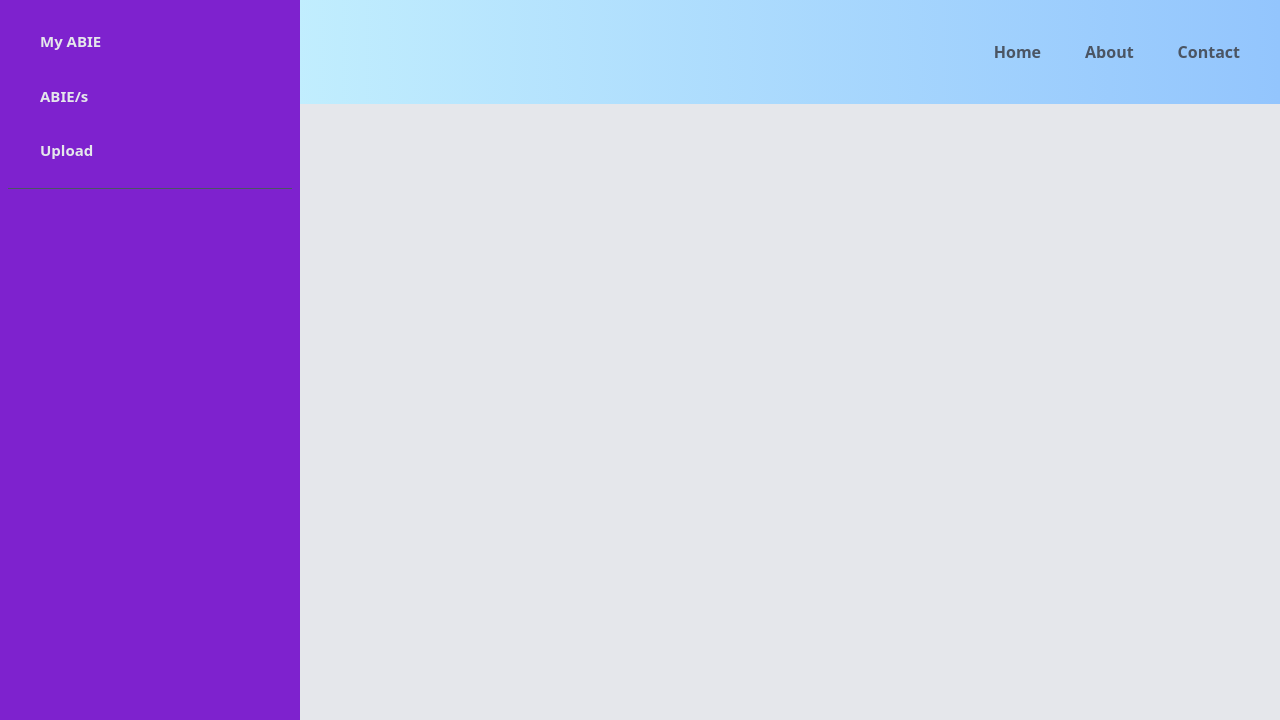
Repository: WafulaLukorito/Abie-frontend
Page: /dashboard
An editor plug-in stored every save of this project. The page is shown before and after the next save, followed by the edit.
The browser window is 1280 px wide. The pictures show the whole page.
The project was rebuilt for these pictures with package versions that can differ from the ones it lists, and the page was loaded fresh each time. Also part of the build but not shown: vite.config.js, src/components/Header/Button.jsx, src/components/Header/Links.jsx, src/components/Header/index.jsx, src/pages/Home.jsx, src/pages/About.jsx.

Above is the page before, as saved 2024-01-26 15:44:03.

After the next save:
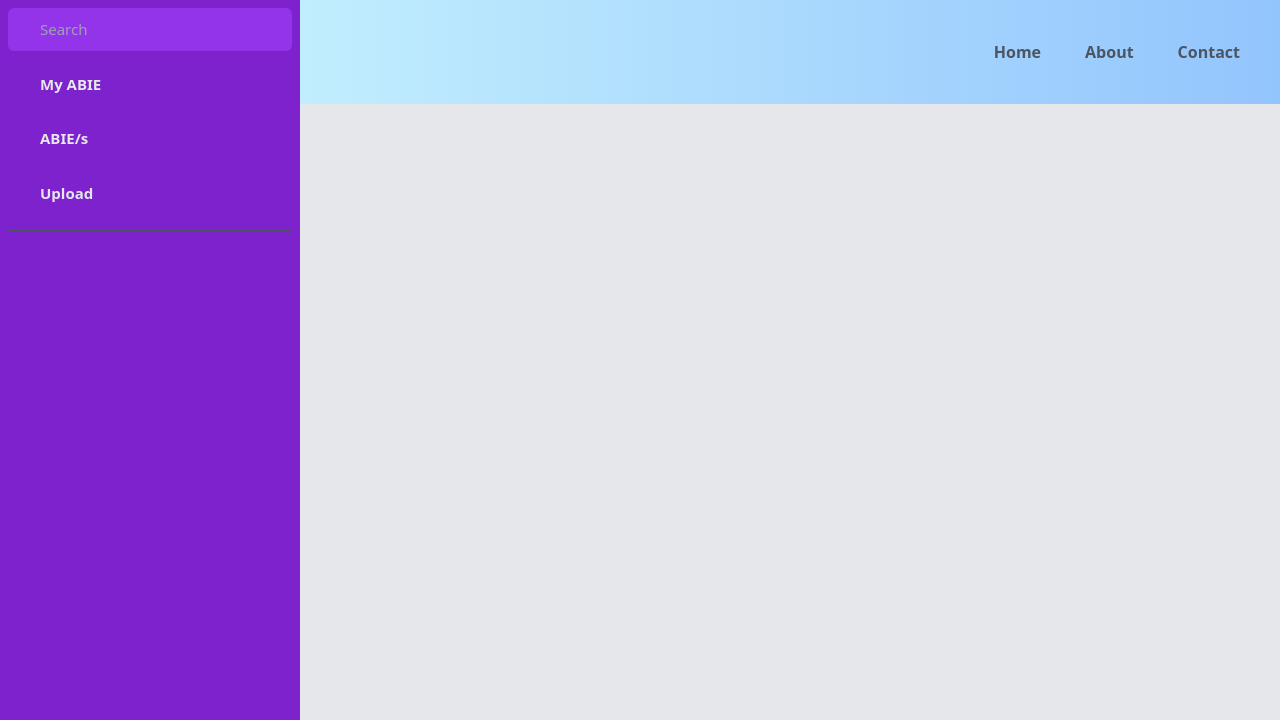
Saved 41 s later.
--- a/src/components/Sidebar/index.jsx
+++ b/src/components/Sidebar/index.jsx
@@ -15,8 +15,8 @@
 
   return (
     <div>
-       {/* Sidebar */}
-       <div className={`fixed top-0 bottom-0 lg:left-0 p-2 w-[300px] overflow-y-auto text-center ${isSidebarOpen ? 'bg-purple-700' : 'hidden'}`}>
+          {/* Sidebar */}
+          <div className={`fixed top-0 bottom-0 lg:left-0 p-2 w-[300px] overflow-y-auto text-center ${isSidebarOpen ? 'bg-purple-700' : 'hidden'}`}>
         {/* Toggle button inside sidebar when open */}
         {isSidebarOpen && (
           <span
@@ -26,6 +26,15 @@
             {"<<"}
           </span>
         )}
+        {/* Search bar */}
+        <div className="p-2.5 flex items-center rounded-md px-4 duration-300 cursor-pointer bg-purple-600 text-white">
+          <i className="bi bi-search text-sm"></i>
+          <input
+            type="text"
+            placeholder="Search"
+            className="text-[15px] ml-4 w-full bg-transparent focus:outline-none"
+          />
+        </div>
 
         {/* My ABIE link */}
         <div className="p-2.5 mt-3 flex items-center rounded-md px-4 duration-300 cursor-pointer hover:bg-blue-600 text-white">
